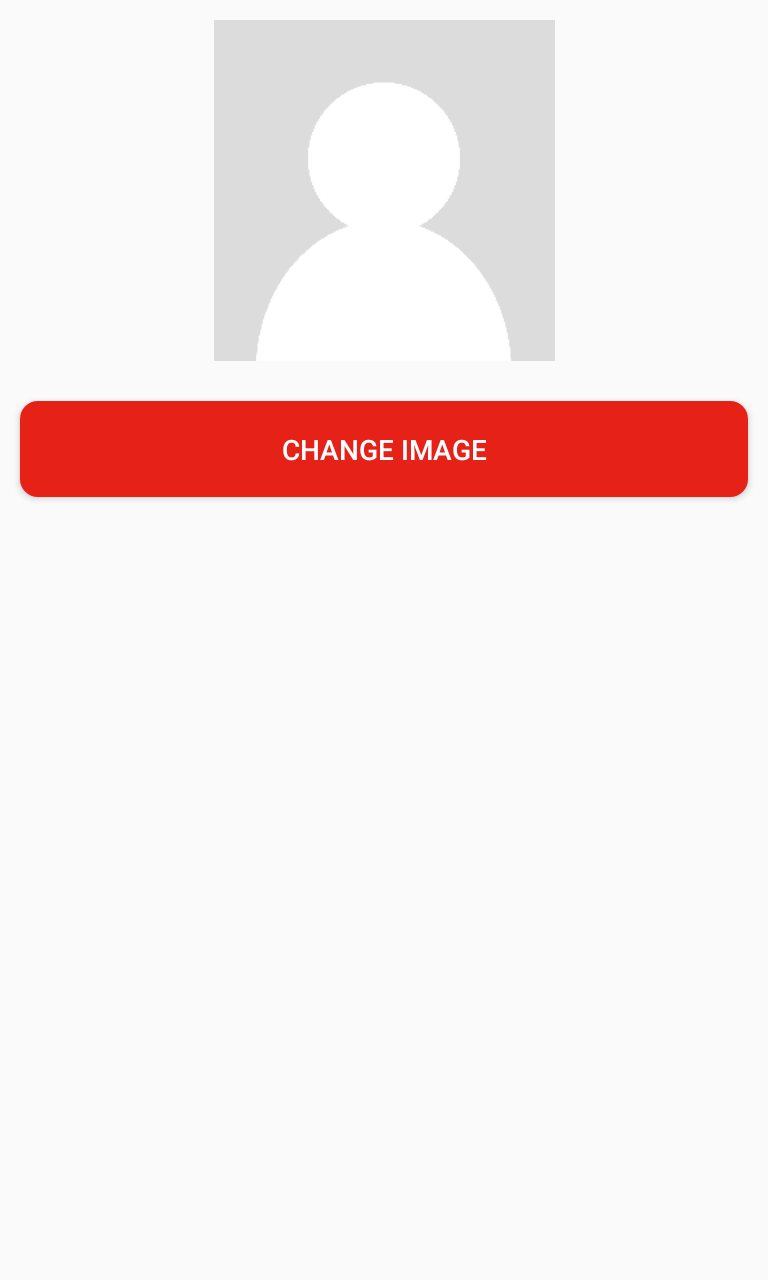
Repository: savindra/cutting-edge
Layout: Humzearch/res/layout/settings_profile.xml
The author's editor kept a copy of each file at every save. The layout is drawn from the files as they stood at one save, then again after the next save.
Pictures or frames that could not be fetched are drawn as grey boxes. It is drawn on a 768 x 1280 px phone screen (xhdpi) without system bars, with theme AppTheme; the app's code is not run.

Above is the layout before, as saved 2015-06-22 07:41:41.

### Humzearch/res/layout/settings_profile.xml
<?xml version="1.0" encoding="utf-8"?>
<LinearLayout xmlns:android="http://schemas.android.com/apk/res/android"
    android:layout_width="match_parent"
    android:layout_height="match_parent"
    android:orientation="vertical" >

    <ImageView
        android:id="@+id/imgSettingsProfile"
        android:layout_width="fill_parent"
        android:layout_height="wrap_content"
        android:layout_margin="10dp"
        android:src="@drawable/ic_default_user" />

    <Button
        android:id="@+id/btnSettingsProfileChange"
        android:layout_width="match_parent"
        android:layout_height="wrap_content"
        android:layout_margin="10dp"
        android:text="@string/changeimage"
        android:background="@drawable/buttonshape"
        android:textColor="#FFF" />

</LinearLayout>

### Humzearch/res/values-v21/style.xml
<?xml version="1.0" encoding="utf-8"?>
<resources>
    <style name="AppTheme" parent="AppTheme.Base">
        <!-- Customize your theme using Material Design here. -->
    </style>
</resources>

### Humzearch/res/values/styles.xml
<resources>

    <!-- Base application theme. -->
    <style name="AppTheme" parent="AppTheme.Base"/>

    <style name="AppTheme.Base" parent="Theme.AppCompat.Light.DarkActionBar">
        <!-- Customize your theme here. -->

        <!-- colorPrimary is used for the default action bar background -->
        <item name="colorPrimary">@color/ColorPrimary</item>

        <!-- colorPrimaryDark is used for the status bar -->
        <item name="colorPrimaryDark">@color/ColorPrimaryDark</item>

        <!-- colorAccent is used as the default value for colorControlActivated
             which is used to tint widgets -->

        <!-- You can also set colorControlNormal, colorControlActivated
             colorControlHighlight & colorSwitchThumbNormal. -->

        <item name="homeAsUpIndicator">@drawable/ic_drawer</item>
		<item name="android:homeAsUpIndicator">@drawable/ic_drawer</item>
    </style>

    <style name="AppTheme.NoTitleBar" parent="Theme.AppCompat.Light.NoActionBar">
        <!-- Customize your theme here. -->

        <!-- colorPrimary is used for the default action bar background -->
        <item name="colorPrimary">@color/ColorPrimary</item>

        <!-- colorPrimaryDark is used for the status bar -->
        <item name="colorPrimaryDark">@color/ColorPrimaryDark</item>

        <!-- colorAccent is used as the default value for colorControlActivated
             which is used to tint widgets -->

        <!-- You can also set colorControlNormal, colorControlActivated
             colorControlHighlight & colorSwitchThumbNormal. -->
    </style>

    <style name="AppTheme.BackButton" parent="Theme.AppCompat.Light.DarkActionBar">
        <!-- Customize your theme here. -->

        <!-- colorPrimary is used for the default action bar background -->
        <item name="colorPrimary">@color/ColorPrimary</item>

        <!-- colorPrimaryDark is used for the status bar -->
        <item name="colorPrimaryDark">@color/ColorPrimaryDark</item>

        <!-- colorAccent is used as the default value for colorControlActivated
             which is used to tint widgets -->

        <!-- You can also set colorControlNormal, colorControlActivated
             colorControlHighlight & colorSwitchThumbNormal. -->
    </style>

    <style name="toolbar_bottom" parent="Widget.AppCompat.Toolbar">
    	<item name="contentInsetStart">0dp</item>
    	<item name="contentInsetEnd">0dp</item>
	</style>

</resources>

### Humzearch/res/values/color.xml
<?xml version="1.0" encoding="utf-8"?>
<resources>
    <color name="ColorPrimary">#e62117</color>
    <color name="ColorPrimaryDark">#c31c13</color>
    <color name="tabsScrollColor">#8a140e</color>
    <color name="fontblack">#000</color>

    <!-- Main menu colors -->
    <color name="list_item_title">#303030</color>
    <color name="list_background">#eee</color>
    <color name="list_background_pressed">#aaa</color>
    <color name="counter_text_bg">#626262</color>
    <color name="counter_text_color">#c5c4c4</color>

    <color name="button">#ccc</color>

    <color name="link">#909090</color>
    <color name="secondbar">#f5f5f5</color>
    <color name="background">#fcfcfc</color>

    <color name="list_divider">#d9d9d9</color>
    <color name="list_row_start_color">#ffffff</color>
    <color name="list_row_end_color">#ffffff</color>
    <color name="list_row_hover_start_color">#ebeef0</color>
    <color name="list_row_hover_end_color">#ebeef0</color>

</resources>

### Humzearch/res/values/strings.xml
<?xml version="1.0" encoding="utf-8"?>
<resources>

    <string name="app_name">Humzearch</string>
    <string name="hello_world">Hello world!</string>
    <string name="action_settings">Settings</string>
    <string name="username">Username</string>
    <string name="email">Email</string>
    <string name="password">Password</string>
    <string name="login">Login</string>
    <string name="firstname">First Name</string>
    <string name="fullname">Full Name</string>
    <string name="firstandlast">First and Last Name</string>
    <string name="passwordhint">At least 6 characters</string>
    <string name="confirmpass">Confirm Password</string>
    <string name="logout">Logout</string>

    <!-- Nav Drawer Menu Items -->
    <string-array name="main_menu_items">
        <item ></item>
        <item >Record Tune</item>
        <item >View Tunes</item>
        <item >View Responses</item>
        <item >Rewards</item>
        <item >My Account</item>
    </string-array>

    <!-- Nav Drawer List Item Icons -->
    <array name="main_menu_icons">
        <item>@drawable/ic_recordtune</item>
        <item>@drawable/ic_viewtune</item>
        <item>@drawable/ic_viewresponse</item>
        <item>@drawable/ic_reward</item>
        <item>@drawable/ic_myaccount</item>
    </array>

    <string name="desc_list_item_icon">Item Icon</string>

    <string name="timerstart">00:00</string>

    <string name="taptorecord">Tap to Record</string>

    <string name="playpreview">Play Preview</string>

    <string name="notsatisfied">Not satisfied with results?</string>

    <string name="sharewithcommunity">SHARE WITH COMMUNITY</string>

    <!-- Language List -->
    <string-array name="language_array">
        <item>-- Not Selected --</item>
        <item>English</item>
        <item>Chinese/Mandarin</item>
        <item>Spanish</item>
        <item>Arabic</item>
        <item>Hindi</item>
        <item>Russain</item>
        <item>Sinhalese</item>
    </string-array>

    <!-- Country List -->
    <string-array name="countries_array">
        <item>Not Selected</item>
	    <item>Afghanistan</item>
	    <item>Albania</item>
	    <item>Algeria</item>
	    <item>American Samoa</item>
	    <item>Andorra</item>
	    <item>Angola</item>
	    <item>Anguilla</item>
	    <item>Antarctica</item>
	    <item>Antigua and Barbuda</item>
	    <item>Argentina</item>
	    <item>Armenia</item>
	    <item>Aruba</item>
	    <item>Australia</item>
	    <item>Austria</item>
	    <item>Azerbaijan</item>
	    <item>Bahrain</item>
	    <item>Bangladesh</item>
	    <item>Barbados</item>
	    <item>Belarus</item>
	    <item>Belgium</item>
	    <item>Belize</item>
	    <item>Benin</item>
	    <item>Bermuda</item>
	    <item>Bhutan</item>
	    <item>Bolivia</item>
	    <item>Bosnia and Herzegovina</item>
	    <item>Botswana</item>
	    <item>Bouvet Island</item>
	    <item>Brazil</item>
	    <item>British Indian Ocean Territory</item>
	    <item>British Virgin Islands</item>
	    <item>Brunei</item>
	    <item>Bulgaria</item>
	    <item>Burkina Faso</item>
	    <item>Burundi</item>
	    <item>Cambodia</item>
	    <item>Cameroon</item>
	    <item>Canada</item>
	    <item>Cape Verde</item>
	    <item>Cayman Islands</item>
	    <item>Central African Republic</item>
	    <item>Chad</item>
	    <item>Chile</item>
	    <item>China</item>
	    <item>Christmas Island</item>
	    <item>Cocos (Keeling) Islands</item>
	    <item>Colombia</item>
	    <item>Comoros</item>
	    <item>Congo</item>
	    <item>Cook Islands</item>
	    <item>Costa Rica</item>
	    <item>Cote d\'Ivoire</item>
	    <item>Croatia</item>
	    <item>Cuba</item>
	    <item>Cyprus</item>
	    <item>Czech Republic</item>
	    <item>Democratic Republic of the Congo</item>
	    <item>Denmark</item>
	    <item>Djibouti</item>
	    <item>Dominica</item>
	    <item>Dominican Republic</item>
	    <item>East Timor</item>
	    <item>Ecuador</item>
	    <item>Egypt</item>
	    <item>El Salvador</item>
	    <item>Equatorial Guinea</item>
	    <item>Eritrea</item>
	    <item>Estonia</item>
	    <item>Ethiopia</item>
	    <item>Faeroe Islands</item>
	    <item>Falkland Islands</item>
	    <item>Fiji</item>
	    <item>Finland</item>
	    <item>Former Yugoslav Republic of Macedonia</item>
	    <item>France</item>
	    <item>French Guiana</item>
	    <item>French Polynesia</item>
	    <item>French Southern Territories</item>
	    <item>Gabon</item>
	    <item>Georgia</item>
	    <item>Germany</item>
	    <item>Ghana</item>
	    <item>Gibraltar</item>
	    <item>Greece</item>
	    <item>Greenland</item>
	    <item>Grenada</item>
	    <item>Guadeloupe</item>
	    <item>Guam</item>
	    <item>Guatemala</item>
	    <item>Guinea</item>
	    <item>Guinea-Bissau</item>
	    <item>Guyana</item>
	    <item>Haiti</item>
	    <item>Heard Island and McDonald Islands</item>
	    <item>Honduras</item>
	    <item>Hong Kong</item>
	    <item>Hungary</item>
	    <item>Iceland</item>
	    <item>India</item>
	    <item>Indonesia</item>
	    <item>Iran</item>
	    <item>Iraq</item>
	    <item>Ireland</item>
	    <item>Israel</item>
	    <item>Italy</item>
	    <item>Jamaica</item>
	    <item>Japan</item>
	    <item>Jordan</item>
	    <item>Kazakhstan</item>
	    <item>Kenya</item>
	    <item>Kiribati</item>
	    <item>Kuwait</item>
	    <item>Kyrgyzstan</item>
	    <item>Laos</item>
	    <item>Latvia</item>
	    <item>Lebanon</item>
	    <item>Lesotho</item>
	    <item>Liberia</item>
	    <item>Libya</item>
	    <item>Liechtenstein</item>
	    <item>Lithuania</item>
	    <item>Luxembourg</item>
	    <item>Macau</item>
	    <item>Madagascar</item>
	    <item>Malawi</item>
	    <item>Malaysia</item>
	    <item>Maldives</item>
	    <item>Mali</item>
	    <item>Malta</item>
	    <item>Marshall Islands</item>
	    <item>Martinique</item>
	    <item>Mauritania</item>
	    <item>Mauritius</item>
	    <item>Mayotte</item>
	    <item>Mexico</item>
	    <item>Micronesia</item>
	    <item>Moldova</item>
	    <item>Monaco</item>
	    <item>Mongolia</item>
	    <item>Montenegro</item>
	    <item>Montserrat</item>
	    <item>Morocco</item>
	    <item>Mozambique</item>
	    <item>Myanmar</item>
	    <item>Namibia</item>
	    <item>Nauru</item>
	    <item>Nepal</item>
	    <item>Netherlands</item>
	    <item>Netherlands Antilles</item>
	    <item>New Caledonia</item>
	    <item>New Zealand</item>
	    <item>Nicaragua</item>
	    <item>Niger</item>
	    <item>Nigeria</item>
	    <item>Niue</item>
	    <item>Norfolk Island</item>
	    <item>North Korea</item>
	    <item>Northern Marianas</item>
	    <item>Norway</item>
	    <item>Oman</item>
	    <item>Pakistan</item>
	    <item>Palau</item>
	    <item>Panama</item>
	    <item>Papua New Guinea</item>
	    <item>Paraguay</item>
	    <item>Peru</item>
	    <item>Philippines</item>
	    <item>Pitcairn Islands</item>
	    <item>Poland</item>
	    <item>Portugal</item>
	    <item>Puerto Rico</item>
	    <item>Qatar</item>
	    <item>Reunion</item>
	    <item>Romania</item>
	    <item>Russia</item>
	    <item>Rwanda</item>
	    <item>Sqo Tome and Principe</item>
	    <item>Saint Helena</item>
	    <item>Saint Kitts and Nevis</item>
	    <item>Saint Lucia</item>
	    <item>Saint Pierre and Miquelon</item>
	    <item>Saint Vincent and the Grenadines</item>
	    <item>Samoa</item>
	    <item>San Marino</item>
	    <item>Saudi Arabia</item>
	    <item>Senegal</item>
	    <item>Serbia</item>
	    <item>Seychelles</item>
	    <item>Sierra Leone</item>
	    <item>Singapore</item>
	    <item>Slovakia</item>
	    <item>Slovenia</item>
	    <item>Solomon Islands</item>
	    <item>Somalia</item>
	    <item>South Africa</item>
	    <item>South Georgia and the South Sandwich Islands</item>
	    <item>South Korea</item>
	    <item>South Sudan</item>
	    <item>Spain</item>
	    <item>Sri Lanka</item>
	    <item>Sudan</item>
	    <item>Suriname</item>
	    <item>Svalbard and Jan Mayen</item>
	    <item>Swaziland</item>
	    <item>Sweden</item>
	    <item>Switzerland</item>
	    <item>Syria</item>
	    <item>Taiwan</item>
	    <item>Tajikistan</item>
	    <item>Tanzania</item>
	    <item>Thailand</item>
	    <item>The Bahamas</item>
	    <item>The Gambia</item>
	    <item>Togo</item>
	    <item>Tokelau</item>
	    <item>Tonga</item>
	    <item>Trinidad and Tobago</item>
	    <item>Tunisia</item>
	    <item>Turkey</item>
	    <item>Turkmenistan</item>
	    <item>Turks and Caicos Islands</item>
	    <item>Tuvalu</item>
	    <item>Virgin Islands</item>
	    <item>Uganda</item>
	    <item>Ukraine</item>
	    <item>United Arab Emirates</item>
	    <item>United Kingdom</item>
	    <item>United States</item>
	    <item>United States Minor Outlying Islands</item>
	    <item>Uruguay</item>
	    <item>Uzbekistan</item>
	    <item>Vanuatu</item>
	    <item>Vatican City</item>
	    <item>Venezuela</item>
	    <item>Vietnam</item>
	    <item>Wallis and Futuna</item>
	    <item>Western Sahara</item>
	    <item>Yemen</item>
	    <item>Yugoslavia</item>
	    <item>Zambia</item>
	    <item>Zimbabwe</item>
 	</string-array>
	    <string name="artist">Artist</string>
	    <string name="language">Language</string>
	    <string name="country">Country</string>
	    <string name="year">Year</string>
	    <string name="share">SHARE</string>
	    <string name="playtune">Play Tune</string>
	    <string name="addresponse">ADD RESPONSE</string>
	    <string name="title">Title</string>
	    <string name="alltunes">All Tunes</string>
	    <string name="mytunes">My Tunes</string>
	    <string name="deletepermanently">Delete Permanently</string>
	    <string name="respondedtune">Responded Tune</string>
	    <string name="accept">Accept</string>
	    <string name="reject">REJECT</string>
	    <string name="redeem">REDEEM</string>
	    <string name="redeemitems">Redeemed Items</string>
	    <string name="pointsbalance">Points Balance</string>
	    <string name="address">Address</string>
	    <string name="datejoined">Date Joined</string>
	    <string name="changeimage">CHANGE IMAGE</string>

</resources>

### Humzearch/res/drawable/buttonshape.xml
<?xml version="1.0" encoding="utf-8"?>
<shape xmlns:android="http://schemas.android.com/apk/res/android" android:shape="rectangle" >
	<corners
		android:radius="9dp"
	/>
	<solid
		android:color="#e62117"
	/>
	<padding
		android:left="0dp"
		android:top="0dp"
		android:right="0dp"
		android:bottom="0dp"
	/>
</shape>

After the next save:
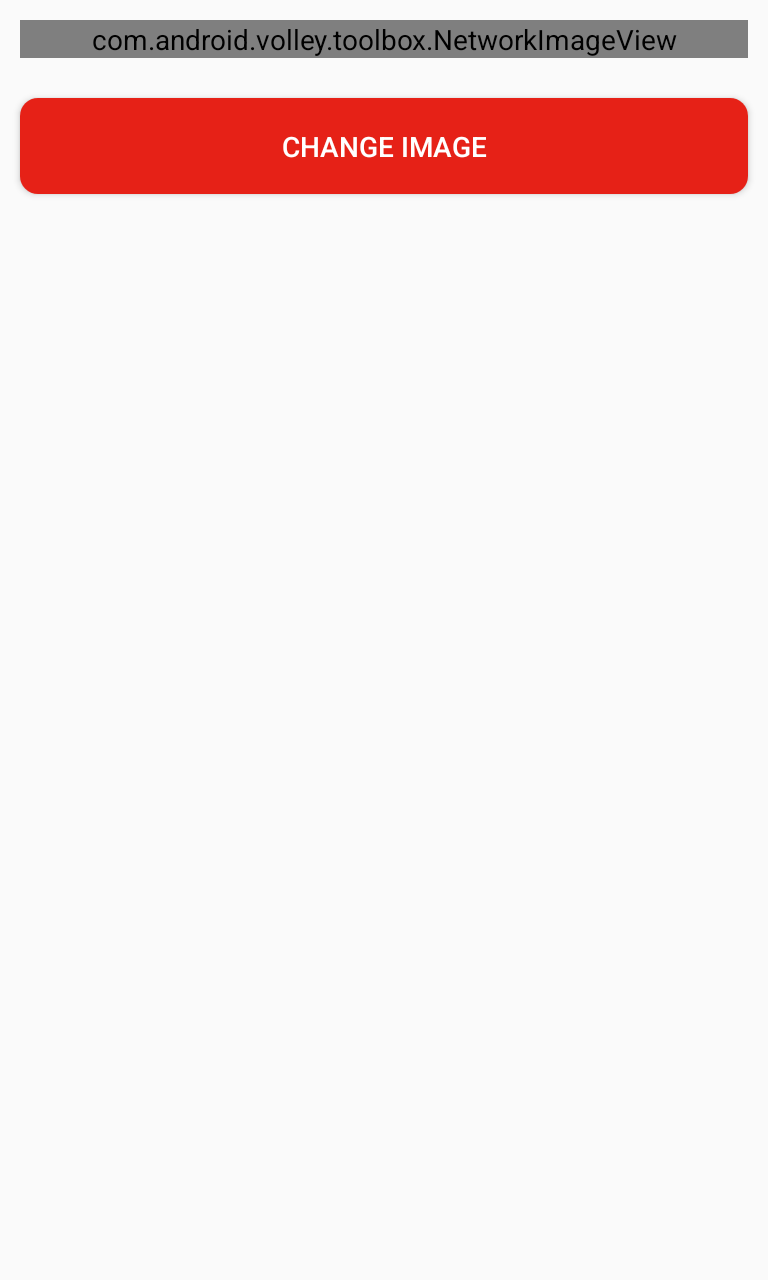
Saved 51 s later.
--- a/Humzearch/res/layout/settings_profile.xml
+++ b/Humzearch/res/layout/settings_profile.xml
@@ -4,7 +4,7 @@
     android:layout_height="match_parent"
     android:orientation="vertical" >
 
-    <ImageView
+    <com.android.volley.toolbox.NetworkImageView
         android:id="@+id/imgSettingsProfile"
         android:layout_width="fill_parent"
         android:layout_height="wrap_content"
